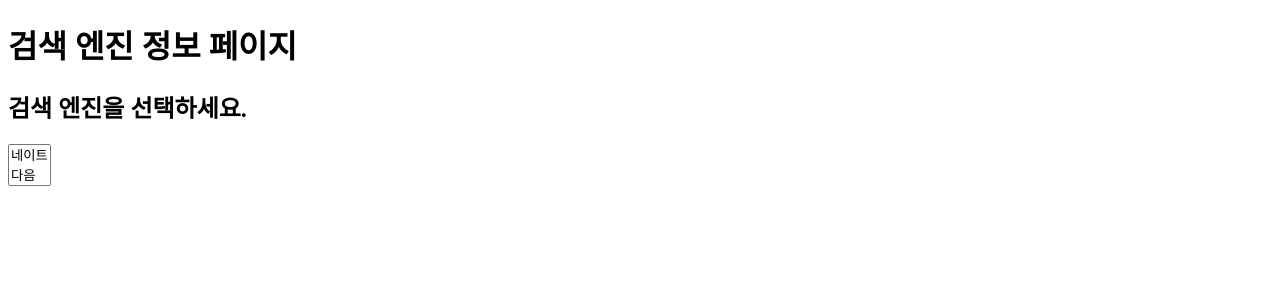
Repository: Endki/self_study_wep
Page: http://localhost/self-study-04/move.jsp
An editor plug-in stored every save of this project. The page is shown before and after the next save, followed by the edit.
The browser window is 1280 px wide. The pictures show the whole page.
The page is served by Tomcat 9.

Above is the page before, as saved 2018-08-02 08:07:14.

### self_study/self-study-04/WebContent/move.jsp
<%@ page language="java" contentType="text/html; charset=UTF-8"
    pageEncoding="UTF-8"%>
<!DOCTYPE html>
<html>
<head>
<meta charset="UTF-8">
<title>go_to_wepsite</title>
</head>
<body>
<h1>검색 엔진 정보 페이지</h1>
<h2>검색 엔진을 선택하세요.</h2>
<form action="move_redirect.jsp" method="post">
	<table>
		<tr>
		<select id="wepsite" name="wepsite" size="2" multiple="multiple">
			<option value="네이트">네이트</option>
			<option value="다음">다음</option>
			<option value="구글">구글</option>
			<option value="네이트">네이트</option>
		</select>
</tr>
</table>



</form>


</body>
</html>

After the next save:
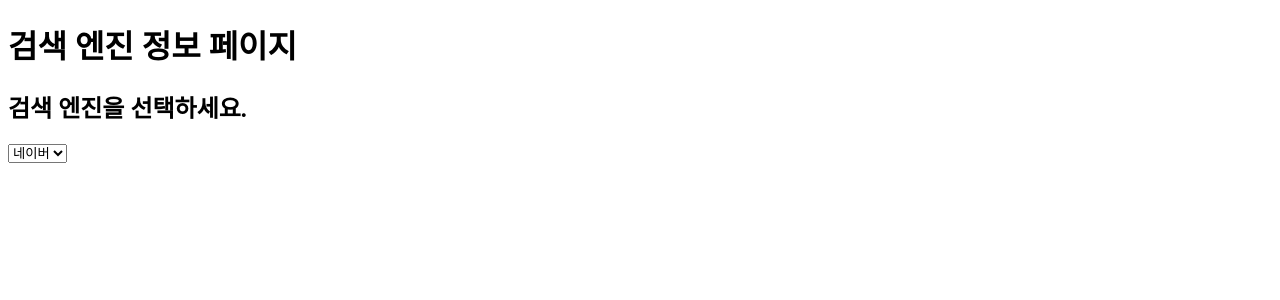
Saved 50 s later.
--- a/self_study/self-study-04/WebContent/move.jsp
+++ b/self_study/self-study-04/WebContent/move.jsp
@@ -12,8 +12,8 @@
 <form action="move_redirect.jsp" method="post">
 	<table>
 		<tr>
-		<select id="wepsite" name="wepsite" size="2" multiple="multiple">
-			<option value="네이트">네이트</option>
+		<select id="wepsite" name="wepsite" size="1">
+			<option value="네이버">네이버</option>
 			<option value="다음">다음</option>
 			<option value="구글">구글</option>
 			<option value="네이트">네이트</option>
